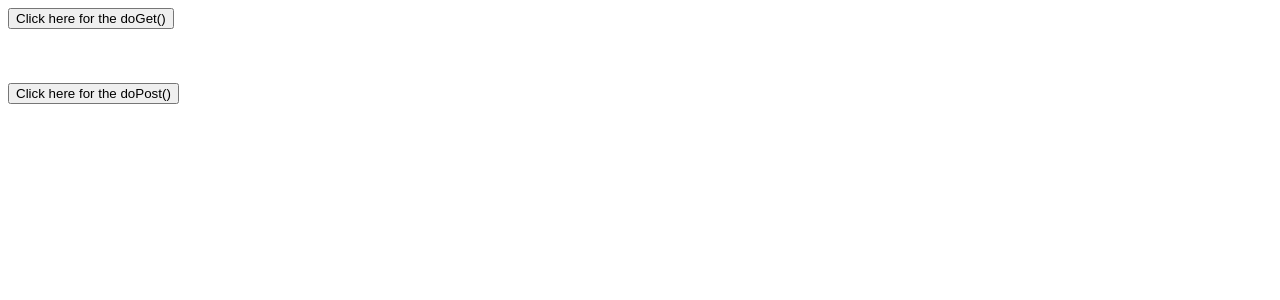
Repository: jacBowGo/revJava
Page: ASSIGNMENTS/mine_first_servlet_app_demo/WebContent/index.html
An editor plug-in stored every save of this project. The page is shown before and after the next save, followed by the edit.
The browser window is 1280 px wide. The pictures show the whole page.

Above is the page before, as saved 2020-10-11 20:36:46.

After the next save:
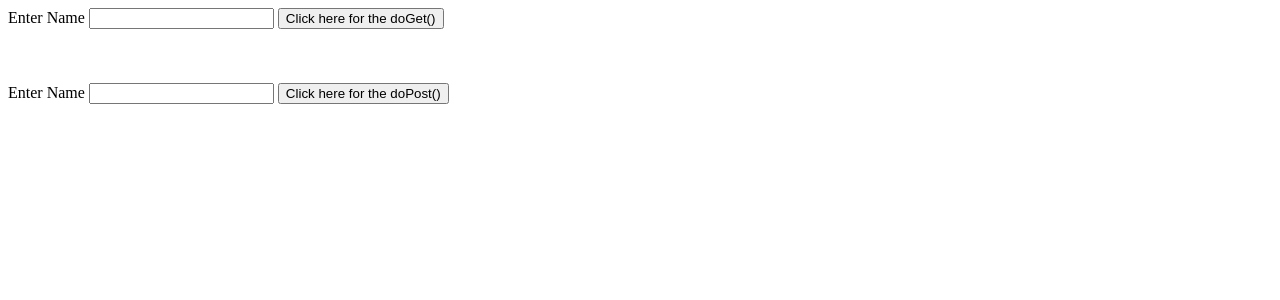
Saved 3 s later.
--- a/ASSIGNMENTS/mine_first_servlet_app_demo/WebContent/index.html
+++ b/ASSIGNMENTS/mine_first_servlet_app_demo/WebContent/index.html
@@ -1,18 +1,25 @@
 <!DOCTYPE html>
 <html>
-<head>
-<meta charset="ISO-8859-1">
-<title>Servlet Demo</title>
-</head>
-<body>
-<form action = "hi">
-<input type = "submit" value = "Click here for the doGet()">
-</form>
-<br/>
-<br/>
-<br/>
-<form action = "hi" method = "post">
-<input type = "submit" value = "Click here for the doPost()">
-</form>
-</body>
+	<head>
+		<meta charset="ISO-8859-1">
+		<title>Servlet Demo</title>
+	</head>
+
+	<body>
+		<form action = "hi">
+			Enter Name <input type = "text" name = "fname">
+			<input type = "submit" value = "Click here for the doGet()">
+		</form>
+
+	<br/>
+	<br/>
+	<br/>
+
+		<form action = "hi" method = "post">
+			Enter Name <input type = "text" name = "fname">
+			<input type = "submit" value = "Click here for the doPost()">
+		</form>
+
+	</body>
+
 </html>
